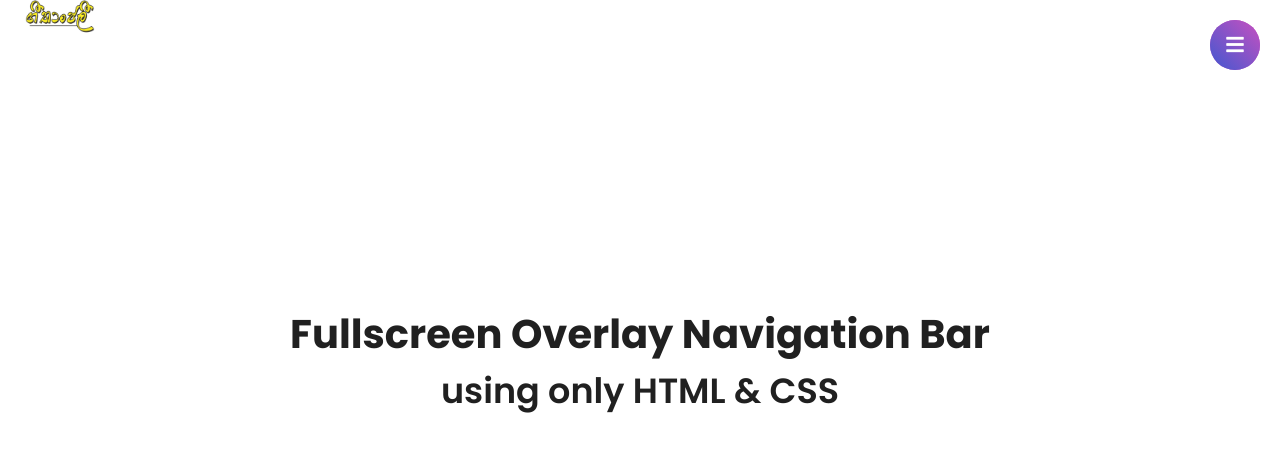
Repository: Viranga-pasi/geethanjalee-website
Page: /
An editor plug-in stored every save of this project. The page is shown before and after the next save, followed by the edit.
The browser window is 1280 px wide. The pictures show the whole page.
The project was rebuilt for these pictures with package versions that can differ from the ones it lists, and the page was loaded fresh each time.

Above is the page before, as saved 2021-08-19 18:46:42.

### public/index.html
<!DOCTYPE html>
<html lang="en">
	<head>
		<meta charset="utf-8" />
		<link rel="icon" href="%PUBLIC_URL%/favicon.ico" />
		<meta name="viewport" content="width=device-width, initial-scale=1" />
		<meta name="theme-color" content="#000000" />
		<meta
			name="description"
			content="Web site created using create-react-app"
		/>
		<link rel="apple-touch-icon" href="%PUBLIC_URL%/logo192.png" />
		<!--
      manifest.json provides metadata used when your web app is installed on a
      user's mobile device or desktop. See https://developers.google.com/web/fundamentals/web-app-manifest/
    -->
		<link
			rel="stylesheet"
			href="https://cdnjs.cloudflare.com/ajax/libs/font-awesome/5.15.3/css/all.min.css"
		/>
		<link rel="manifest" href="%PUBLIC_URL%/manifest.json" />
		<!--
      Notice the use of %PUBLIC_URL% in the tags above.
      It will be replaced with the URL of the `public` folder during the build.
      Only files inside the `public` folder can be referenced from the HTML.

      Unlike "/favicon.ico" or "favicon.ico", "%PUBLIC_URL%/favicon.ico" will
      work correctly both with client-side routing and a non-root public URL.
      Learn how to configure a non-root public URL by running `npm run build`.
    -->
		<title>Geethanjalee</title>
	</head>
	<body>
		<noscript>You need to enable JavaScript to run this app.</noscript>
		<div id="root"></div>
		<!--
      This HTML file is a template.
      If you open it directly in the browser, you will see an empty page.

      You can add webfonts, meta tags, or analytics to this file.
      The build step will place the bundled scripts into the <body> tag.

      To begin the development, run `npm start` or `yarn start`.
      To create a production bundle, use `npm run build` or `yarn build`.
    -->
	</body>
</html>

### src/index.js
import React from 'react';
import ReactDOM from 'react-dom';
import './index.css';
import App from './App';

ReactDOM.render(
	<React.StrictMode>
		<App />
	</React.StrictMode>,
	document.getElementById('root')
);

// If you want to start measuring performance in your app, pass a function
// to log results (for example: reportWebVitals(console.log))
// or send to an analytics endpoint. Learn more: https://bit.ly/CRA-vitals

### src/index.css
* {
	margin: 0;
	font-family: -apple-system, BlinkMacSystemFont, 'Segoe UI', 'Roboto', 'Oxygen',
		'Ubuntu', 'Cantarell', 'Fira Sans', 'Droid Sans', 'Helvetica Neue',
		sans-serif;
	-webkit-font-smoothing: antialiased;
	-moz-osx-font-smoothing: grayscale;
}

### src/App.js
import Navbar from './components/navbar/Navbar';

function App() {
	return (
		<>
			<Navbar />
			<div class="content">
				<div class="title">Fullscreen Overlay Navigation Bar</div>
				<p>using only HTML & CSS</p>
			</div>
		</>
	);
}

export default App;

### src/components/navbar/Navbar.js
import React from 'react';
import './navbar.css';
import navLogo from '../../img/geethanjalee.png';
import { Link } from 'react-router-dom';
function Navbar() {
	return (
		<div className="header-container">
			<div className="right-menu">
				<div className="logo">
					<img src={navLogo} alt="Logo" />
				</div>

				{/* <Link to="/">CSUP BLOG</Link> */}
			</div>
			<div className="left-menu">
				<input type="checkbox" id="active" />
				<label for="active" className="menu-btn">
					<i className="fas fa-bars"></i>
				</label>
				<div className="wrapper">
					<ul>
						<li>
							<a href="#">Home</a>
						</li>
						<li>
							<a href="#">About</a>
						</li>
						<li>
							<a href="#">Services</a>
						</li>
						<li>
							<a href="#">Gallery</a>
						</li>
						<li>
							<a href="#">Feedback</a>
						</li>
					</ul>
				</div>
			</div>
		</div>
	);
}

export default Navbar;

### src/components/navbar/navbar.css
@import url('https://fonts.googleapis.com/css?family=Poppins:400,500,600,700&display=swap');
* {
	margin: 0;
	padding: 0;
	box-sizing: border-box;
	font-family: 'Poppins', sans-serif;
}
.wrapper {
	position: fixed;
	top: 0;
	left: 0;
	height: 100%;
	width: 100%;
	background: linear-gradient(-135deg, #c850c0, #4158d0);
	/* background: linear-gradient(375deg, #1cc7d0, #2ede98); */
	/* clip-path: circle(25px at calc(0% + 45px) 45px); */
	clip-path: circle(25px at calc(100% - 45px) 45px);
	transition: all 0.3s ease-in-out;
}
#active:checked ~ .wrapper {
	clip-path: circle(75%);
}
.menu-btn {
	position: absolute;
	z-index: 2;
	right: 20px;
	/* left: 20px; */
	top: 20px;
	height: 50px;
	width: 50px;
	text-align: center;
	line-height: 50px;
	border-radius: 50%;
	font-size: 20px;
	color: #fff;
	cursor: pointer;
	background: linear-gradient(-135deg, #c850c0, #4158d0);
	/* background: linear-gradient(375deg, #1cc7d0, #2ede98); */
	transition: all 0.3s ease-in-out;
}
#active:checked ~ .menu-btn {
	background: #fff;
	color: #4158d0;
}
#active:checked ~ .menu-btn i:before {
	content: '\f00d';
}
.wrapper ul {
	position: absolute;
	top: 50%;
	left: 50%;
	transform: translate(-50%, -50%);
	list-style: none;
	text-align: center;
}
.wrapper ul li {
	margin: 15px 0;
}
.wrapper ul li a {
	color: none;
	text-decoration: none;
	font-size: 30px;
	font-weight: 500;
	padding: 5px 30px;
	color: #fff;
	position: relative;
	line-height: 50px;
	transition: all 0.3s ease;
}
.wrapper ul li a:after {
	position: absolute;
	content: '';
	background: #fff;
	width: 100%;
	height: 50px;
	left: 0;
	border-radius: 50px;
	transform: scaleY(0);
	z-index: -1;
	transition: transform 0.3s ease;
}
.wrapper ul li a:hover:after {
	transform: scaleY(1);
}
.wrapper ul li a:hover {
	color: #4158d0;
}
input[type='checkbox'] {
	display: none;
}
.content {
	position: absolute;
	top: 50%;
	left: 50%;
	transform: translate(-50%, -50%);
	z-index: -1;
	text-align: center;
	width: 100%;
	color: #202020;
}
.content .title {
	font-size: 40px;
	font-weight: 700;
}
.content p {
	font-size: 35px;
	font-weight: 600;
}
header {
	background-color: #fff;
	height: 70px;
	display: flex;
	justify-content: center;
	align-items: center;
	font-size: 16px;
	margin-bottom: 25px;
}
.header-container {
	display: flex;
	width: 80%;
	align-items: center;
	padding: 0 25px;
	justify-content: space-around;
}
.right-menu {
	display: flex;
	align-items: center;
	flex: 1;
}
.header-container .right-menu .logo {
	height: 35px;
	margin-right: 10px;
	cursor: pointer;
}
.header-container .right-menu .logo img {
	height: 100%;
}
.left-menu {
	display: flex;
	justify-content: space-around;
	align-items: center;
	font-weight: 600;
}

After the next save:
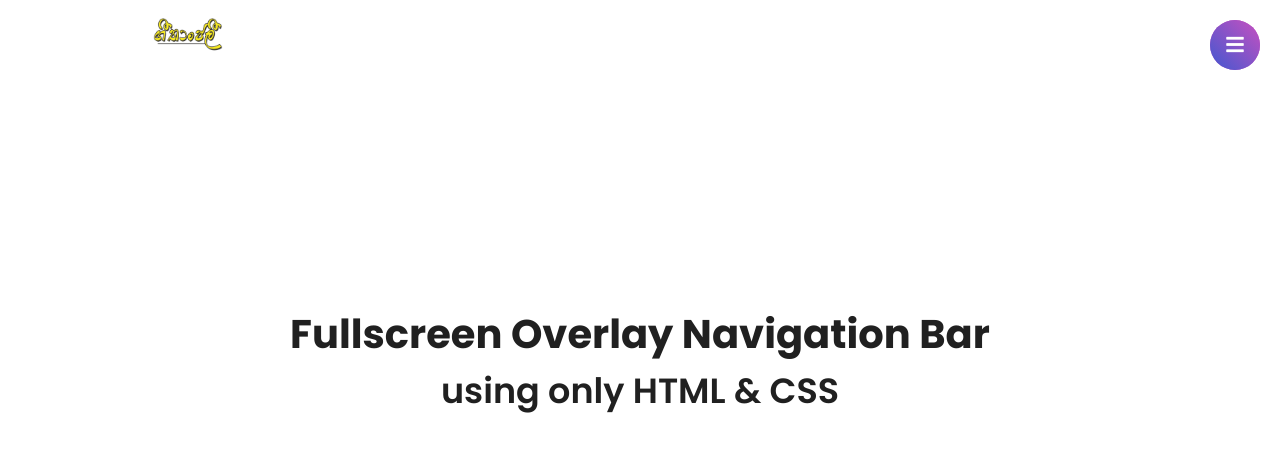
Saved 23 s later.
--- a/src/components/navbar/Navbar.js
+++ b/src/components/navbar/Navbar.js
@@ -4,40 +4,42 @@
 import { Link } from 'react-router-dom';
 function Navbar() {
 	return (
-		<div className="header-container">
-			<div className="right-menu">
-				<div className="logo">
-					<img src={navLogo} alt="Logo" />
+		<header>
+			<div className="header-container">
+				<div className="right-menu">
+					<div className="logo">
+						<img src={navLogo} alt="Logo" />
+					</div>
+
+					{/* <Link to="/">CSUP BLOG</Link> */}
 				</div>
-
-				{/* <Link to="/">CSUP BLOG</Link> */}
-			</div>
-			<div className="left-menu">
-				<input type="checkbox" id="active" />
-				<label for="active" className="menu-btn">
-					<i className="fas fa-bars"></i>
-				</label>
-				<div className="wrapper">
-					<ul>
-						<li>
-							<a href="#">Home</a>
-						</li>
-						<li>
-							<a href="#">About</a>
-						</li>
-						<li>
-							<a href="#">Services</a>
-						</li>
-						<li>
-							<a href="#">Gallery</a>
-						</li>
-						<li>
-							<a href="#">Feedback</a>
-						</li>
-					</ul>
+				<div className="left-menu">
+					<input type="checkbox" id="active" />
+					<label for="active" className="menu-btn">
+						<i className="fas fa-bars"></i>
+					</label>
+					<div className="wrapper">
+						<ul>
+							<li>
+								<a href="#">Home</a>
+							</li>
+							<li>
+								<a href="#">About</a>
+							</li>
+							<li>
+								<a href="#">Services</a>
+							</li>
+							<li>
+								<a href="#">Gallery</a>
+							</li>
+							<li>
+								<a href="#">Feedback</a>
+							</li>
+						</ul>
+					</div>
 				</div>
 			</div>
-		</div>
+		</header>
 	);
 }
 
